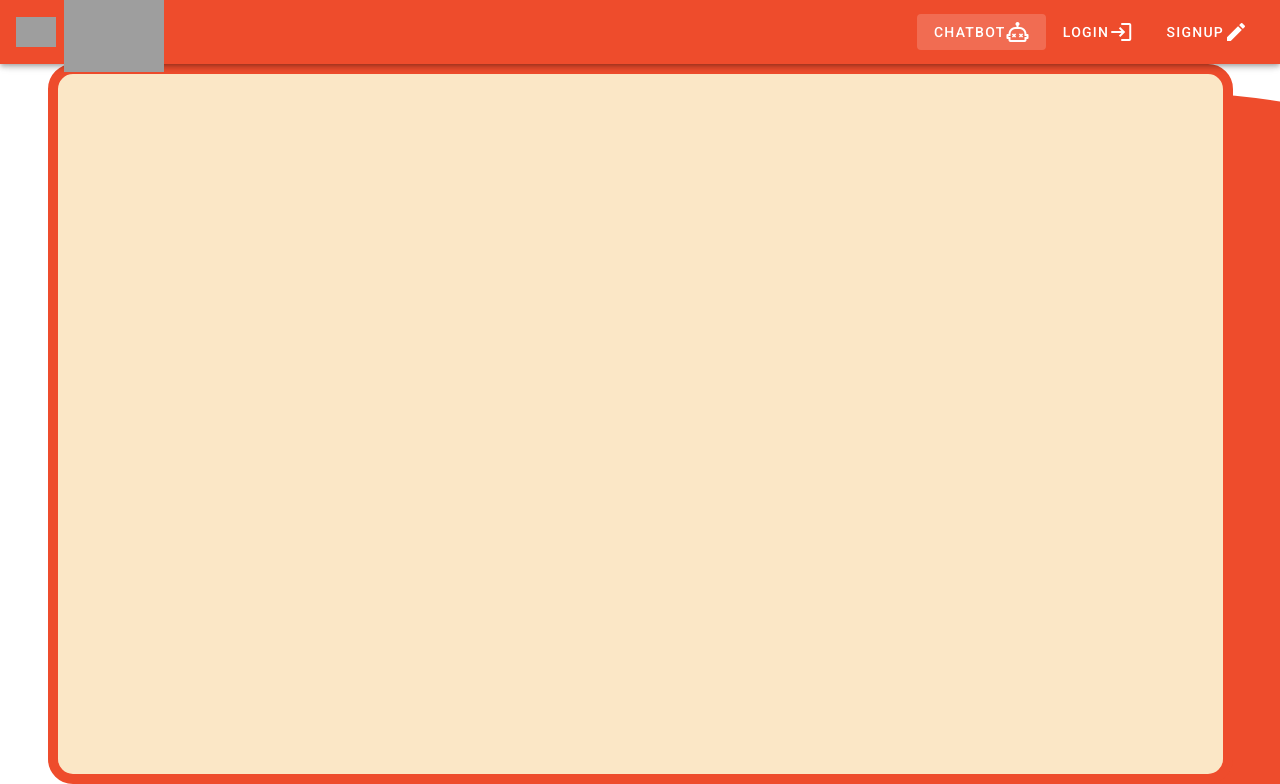
Repository: atout811/pyTorch-Hackathon
Page: /chatbot (app in frontend/)
The author's editor kept a copy of each file at every save. The page is drawn from the files as they stood at one save, then again after the next save.
The browser window is 1280 px wide. The pictures show the whole page.
Pictures or frames that could not be fetched are drawn as grey boxes. The project was rebuilt for these pictures with package versions that can differ from the ones it lists, and the page was loaded fresh each time. Also part of the build but not shown: frontend/vue.config.js, frontend/src/views/Home.vue.

Above is the page before, as saved 2021-10-21 14:52:22.

### frontend/src/main.js
import Vue from 'vue'
import App from './App.vue'
import './registerServiceWorker'
import router from './router'
import store from './store'
import vuetify from './plugins/vuetify'
import instance from './plugins/axios'

Vue.config.productionTip = false
Vue.prototype.$axios = instance;

new Vue({
  router,
  store,
  vuetify,
  render: function (h) { return h(App) }
}).$mount('#app')

### frontend/src/App.vue
<template>
  <v-app>
    <v-app-bar app color="primary" dark>
      <div class="d-flex align-center">
        <v-img
          alt="Vuetify Logo"
          class="shrink mr-2"
          contain
          src="https://cdn.vuetifyjs.com/images/logos/vuetify-logo-dark.png"
          transition="scale-transition"
          width="40"
        />

        <v-img
          alt="Vuetify Name"
          class="shrink mt-1 hidden-sm-and-down"
          contain
          min-width="100"
          src="https://cdn.vuetifyjs.com/images/logos/vuetify-name-dark.png"
          width="100"
        />
      </div>

      <v-spacer></v-spacer>
      <v-btn to="/chatbot" text>
        <v-text>Chatbot</v-text>
        <v-icon>mdi-robot-dead-outline</v-icon>
      </v-btn>
      <v-btn to="/login" text>
        <v-text>Login</v-text>
        <v-icon>mdi-login</v-icon>
      </v-btn>
      <v-btn to="/signup" text>
        <v-text>Signup</v-text>
        <v-icon>mdi-pencil</v-icon>
      </v-btn>
    </v-app-bar>

    <v-main class="bubble">
      <router-view />
    </v-main>
  </v-app>
</template>

<script>
export default {
  name: "App",

  data: () => ({
    //
  }),
};
</script>
<style>
.bubble::before {
  background-color: var(--v-primary-base);
  clip-path: circle(80% at 90% 120%);
  width: 100%;
  height: 100%;
  content: "";
  position: absolute;
  box-sizing: none;
  top: 0;
  left: 0;
}
</style>

### frontend/src/router/index.js
import Vue from "vue";
import VueRouter from "vue-router";
import Home from "../views/Home.vue";

Vue.use(VueRouter);

const routes = [
  {
    path: "/",
    name: "Home",
    component: Home,
  },
  {
    path: "/about",
    name: "About",
    // route level code-splitting
    // this generates a separate chunk (about.[hash].js) for this route
    // which is lazy-loaded when the route is visited.
    component: function() {
      return import(/* webpackChunkName: "about" */ "../views/About.vue");
    },
  },
  {
    path: "/login",
    name: "Login",
    // route level code-splitting
    // this generates a separate chunk (Login.[hash].js) for this route
    // which is lazy-loaded when the route is visited.
    component: function() {
      return import(/* webpackChunkName: "Login" */ "../views/Login.vue");
    },
  },
  {
    path: "/signup",
    name: "Signup",
    // route level code-splitting
    // this generates a separate chunk (Signup.[hash].js) for this route
    // which is lazy-loaded when the route is visited.
    component: function() {
      return import(/* webpackChunkName: "Signup" */ "../views/Signup.vue");
    },
  },
  {
    path: "/chatbot",
    name: "chatbot",
    // route level code-splitting
    // this generates a separate chunk (Signup.[hash].js) for this route
    // which is lazy-loaded when the route is visited.
    component: function() {
      return import(/* webpackChunkName: "Signup" */ "../views/Chatbot.vue");
    },
  },
];

const router = new VueRouter({
  mode: "history",
  base: process.env.BASE_URL,
  routes,
});

export default router;

### frontend/src/plugins/vuetify.js
import Vue from 'vue';
import Vuetify from 'vuetify/lib/framework';

Vue.use(Vuetify);

export default new Vuetify({
    theme: {
        themes: {
            light: {
                primary: "#ee4c2c"
            }
        }, options: {
            customProperties: true
        },
    }
});

### frontend/src/plugins/axios.js
import axios from "axios";

const instance = axios.create({
    headers: {
        "Content-Type": "application/json"
    }
})

export default instance;

### frontend/src/views/Chatbot.vue
<template>
  <div class="container"></div>
</template>

<script>
export default {
  name: "chatbot",
  data() {
    return {
      chat: [],
    };
  },
};
</script>

<style>
.container {
  height: 100vh;
  width: 100vw;
  /* margin: 10px; */
  background-color: #fbe7c6;
  border-radius: 25px;
  border: 10px solid var(--v-primary-base);
}
</style>

Loaded but not shown: frontend/public/index.html (common file); frontend/src/registerServiceWorker.js (common file); frontend/src/store/index.js (common file)

After the next save:
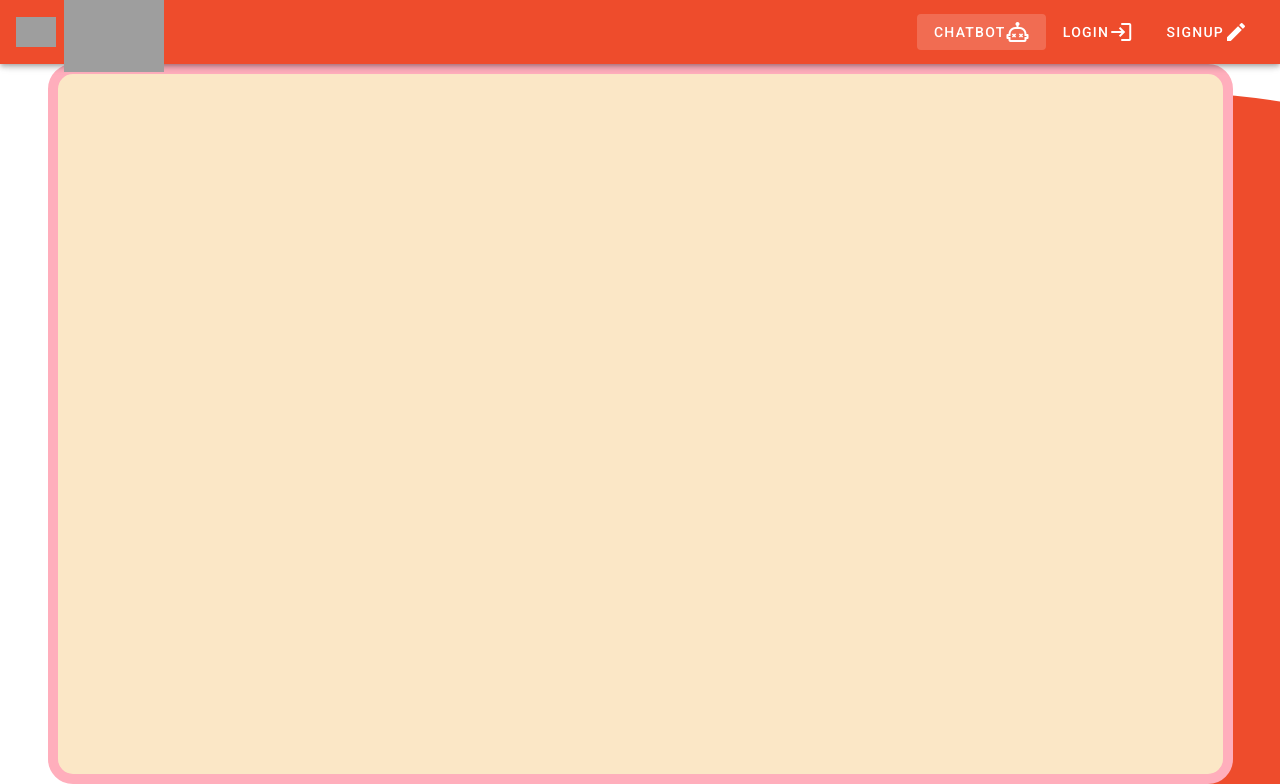
Saved 57 s later.
--- a/frontend/src/views/Chatbot.vue
+++ b/frontend/src/views/Chatbot.vue
@@ -20,6 +20,6 @@
   /* margin: 10px; */
   background-color: #fbe7c6;
   border-radius: 25px;
-  border: 10px solid var(--v-primary-base);
+  border: 10px solid #ffaebc;
 }
 </style>

After the save that followed:
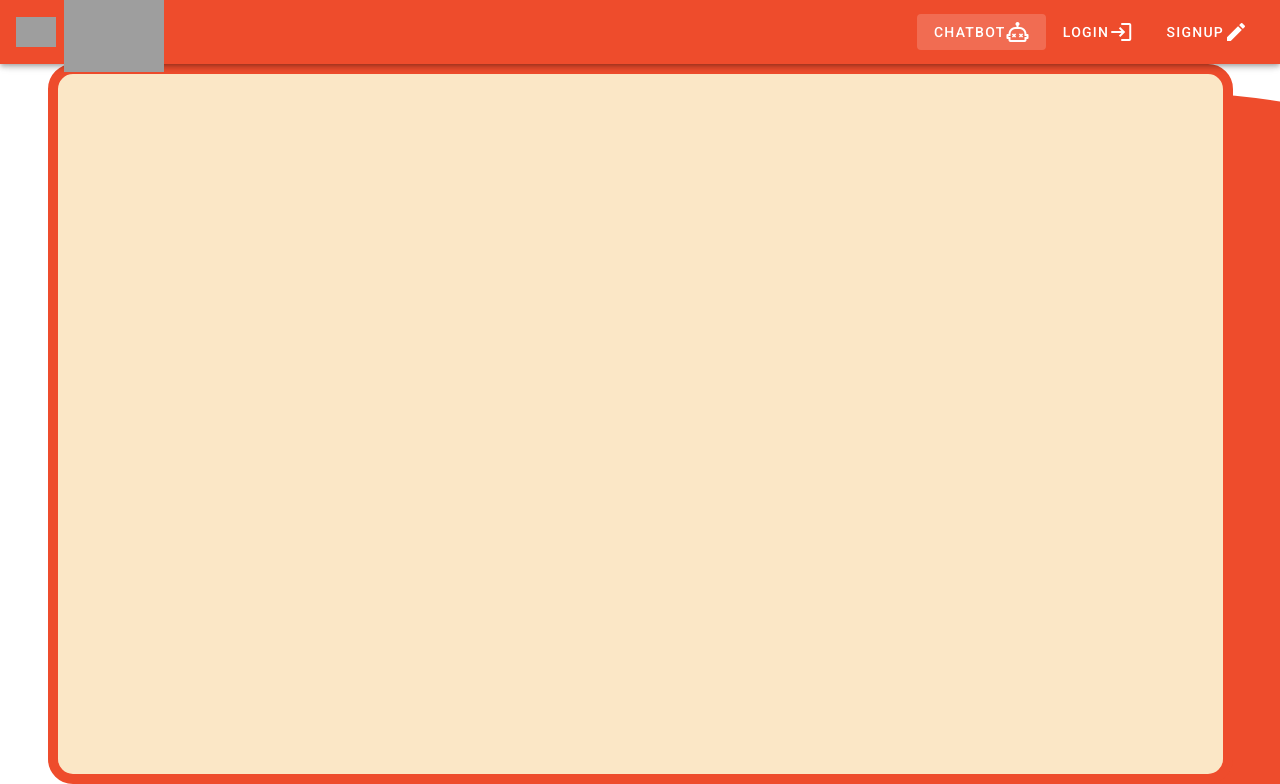
Saved 6 s later.
--- a/frontend/src/views/Chatbot.vue
+++ b/frontend/src/views/Chatbot.vue
@@ -20,6 +20,6 @@
   /* margin: 10px; */
   background-color: #fbe7c6;
   border-radius: 25px;
-  border: 10px solid #ffaebc;
+  border: 10px solid var(--v-primary-base);
 }
 </style>
